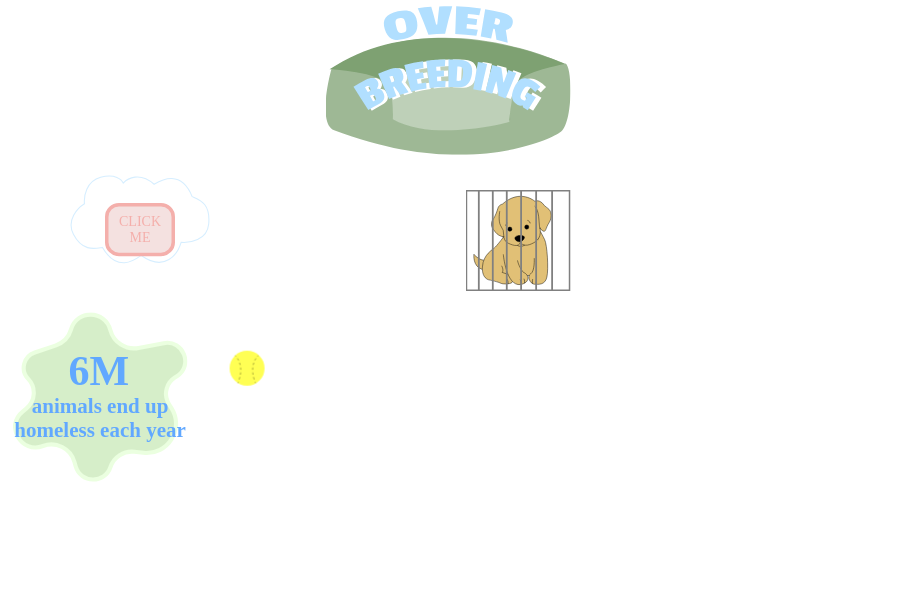
Repository: SoleilDagneau/MDIA2109Midterm
Page: index.html
These files come from the project's save history. The page is drawn as it stood at one moment and after the next save; the edit follows.
The browser window is 1280 px wide. The page is 1282 px wide, so the pictures cover 1282 px, including what lies to the right of the window. The pictures show the part of the page from y = 0 to 1880 px (the page is 858 px tall before and 6743 px after), at 70% of full size.
Some web fonts or font styles are not loaded; a fallback is used.

Above is the page before, as saved 2022-03-03 19:24:00.
Console error: TypeError: Cannot set properties of null (setting 'innerText')

After the next save:
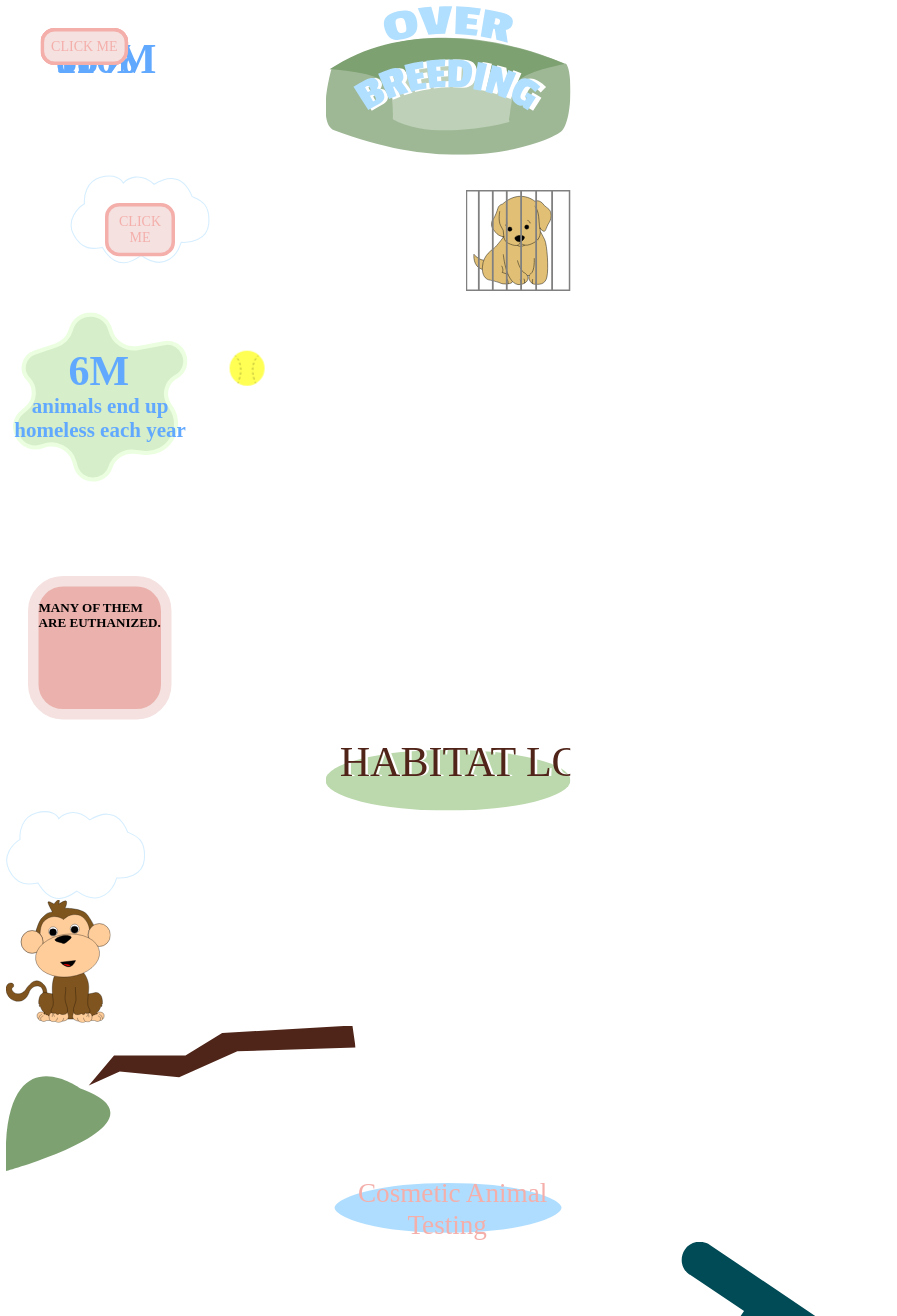
Saved 10 s later.
--- a/index.html
+++ b/index.html
@@ -1,4 +1,3 @@
-
 <!DOCTYPE html>
 <html lang="en">
 <head>
@@ -12,6 +11,9 @@
     <link rel="preconnect" href="https://fonts.googleapis.com">
     <link rel="preconnect" href="https://fonts.gstatic.com" crossorigin>
     <link href="https://fonts.googleapis.com/css2?family=Passion+One:wght@400;700&display=swap" rel="stylesheet">
+    <link rel="preconnect" href="https://fonts.googleapis.com">
+    <link rel="preconnect" href="https://fonts.gstatic.com" crossorigin>
+    <link href="https://fonts.googleapis.com/css2?family=Nunito&display=swap" rel="stylesheet">
 
     <script src="utils/speechbubble.js"></script>
     <script src="utils/clickbubble.js"></script>
@@ -22,22 +24,81 @@
 </head>
 <body>
 
-<div class="overbreeding">
+    <div class="overbreeding">
 
-    <div class="conttitle">
+        <div class="conttitle">
 
-        <img class="obtitle" src="imgs/overbreeding.svg" alt="overbreeding title">
+            <img class="obtitle" src="imgs/overbreeding.svg" alt="overbreeding title">
+        </div>
+        <div class="contcage">
+            <img class="cage" src="imgs/dogincage.svg" alt="dog in cage img">
+            <the-clickbubble class="dogtext" desc_text="CLICK ME"></the-clickbubble>
+        </div>
+        <div class="contblob">
+            <the-blobcard class="blob" blob_text="6M"
+            blob_subtext="animals end up homeless each year">
+            </the-blobcard>
+        </div>
+
+        <the-ball></the-ball>
+
+        <the-squarecard info_text=""></the-squarecard>
     </div>
-    <div class="contcage">
-        <img class="cage" src="imgs/dogincage.svg" alt="dog in cage img">
-        <the-clickbubble class="dogtext" desc_text="CLICK ME"></the-clickbubble>
+
+    <div class="habitatloss">
+        <div class="conttitle">
+            <img class="obtitle" src="imgs/habitatloss.svg" alt="habitat loss title">
+        </div>
+        <div class="contmonkey">
+            <the-clickbubble class="testingtext" desc_text="CLICK ME"></the-clickbubble>
+            <img class="monkey" src="imgs/monkey.svg" alt="monkey img" width=150px>
+        </div>
+        <div>
+            <img src="imgs/leafwithbranch.svg" alt="leaf with branch" width=500px>
+        </div>
+
+
+
+
+
+
+
     </div>
-    <div class="contblob">
-        <the-blobcard class="blob" blob_text="6M"
-         blob_subtext="animals end up homeless each year">
-        </the-blobcard>
-    </div>
-   <the-ball></the-ball>
+
+
+
+
+    <div class="cosmetictesting">
+        <div class="conttitle">
+            <img class="obtitle" src="imgs/cosmetictesting.svg" alt="cosmetictesting title">
+        </div>
+        <div class="contsyringe">
+            <img class="syringe" src="imgs/injection.svg" alt="syringe img">
+            <the-clickbubble class="testingtext" desc_text="CLICK ME"></the-clickbubble>
+        </div>
+        <div class="contblob">
+            <the-blobcard class="testingblob1" blob_text="88%"></the-blobcard>
+        </div>
+        <div class="contcard">
+            <the-squarecard info_text="of top beauty brands still fund animal testing">
+            </the-squarecard>
+        </div>
+        <div class="contblob">
+            <the-blobcard class="testingblob2" blob_text="110M"
+            blob_subtext="animals are killed in U.S. laboratories every year"></the-blobcard>
+        </div>
+        <div class="contblob">
+            <the-blobcard class="testingblob3" blob_text="95%"></the-blobcard>
+        </div>
+        <div class="contcard">
+            <the-squarecard class="contcard1" info_text="of all drugs that are shown to be safe and effective in
+            animal tests, fail in human tests.">
+            </the-squarecard>
+        </div>
+        <div class="contmouse">
+            <img class="mouse" src="imgs/mouse-02.svg" alt="mouse img">
+            <the-clickbubble class="mouseclick" desc_text="CLICK ME"></the-clickbubble>
+        </div>
 
 
 
@@ -51,7 +112,8 @@
 
 
 
-</div>
+
+
 
 </body>
 </html>
